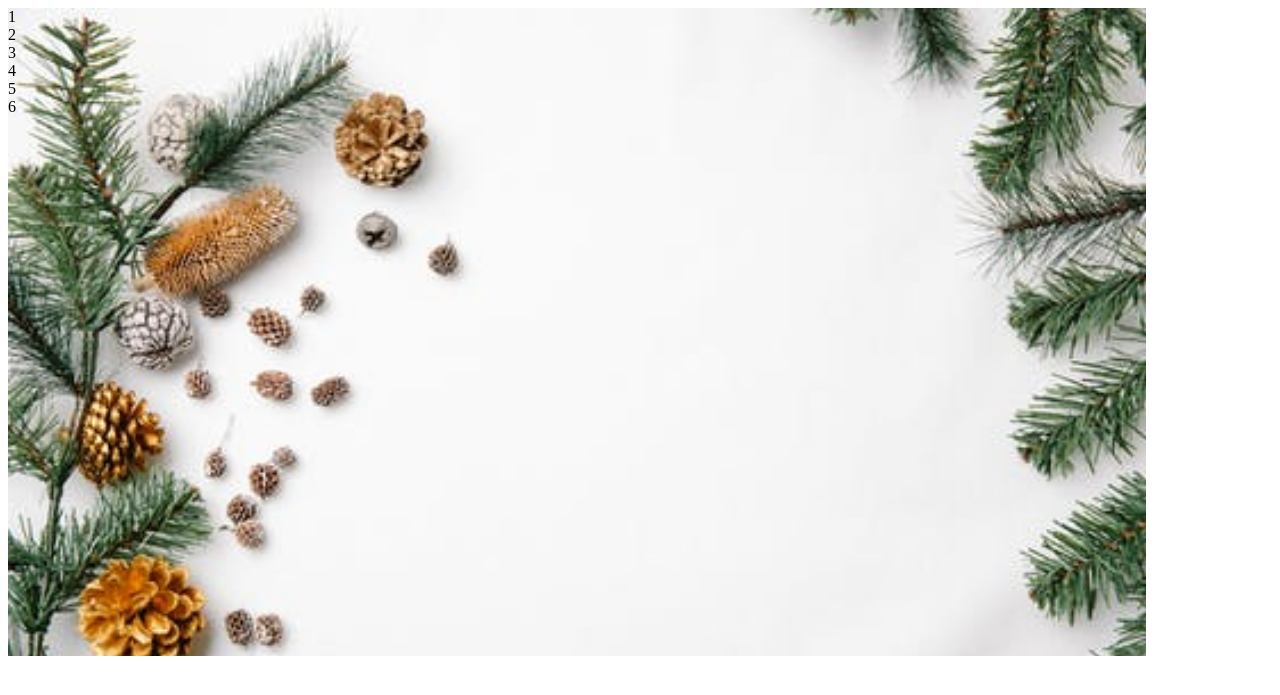
Repository: hindrik40/julprogram-js
Page: advent.html
The author's editor kept a copy of each file at every save. The page is drawn from the files as they stood at one save, then again after the next save.
The browser window is 1280 px wide. The pictures show the whole page.

Above is the page before, as saved 2021-12-14 09:51:10.

After the next save:
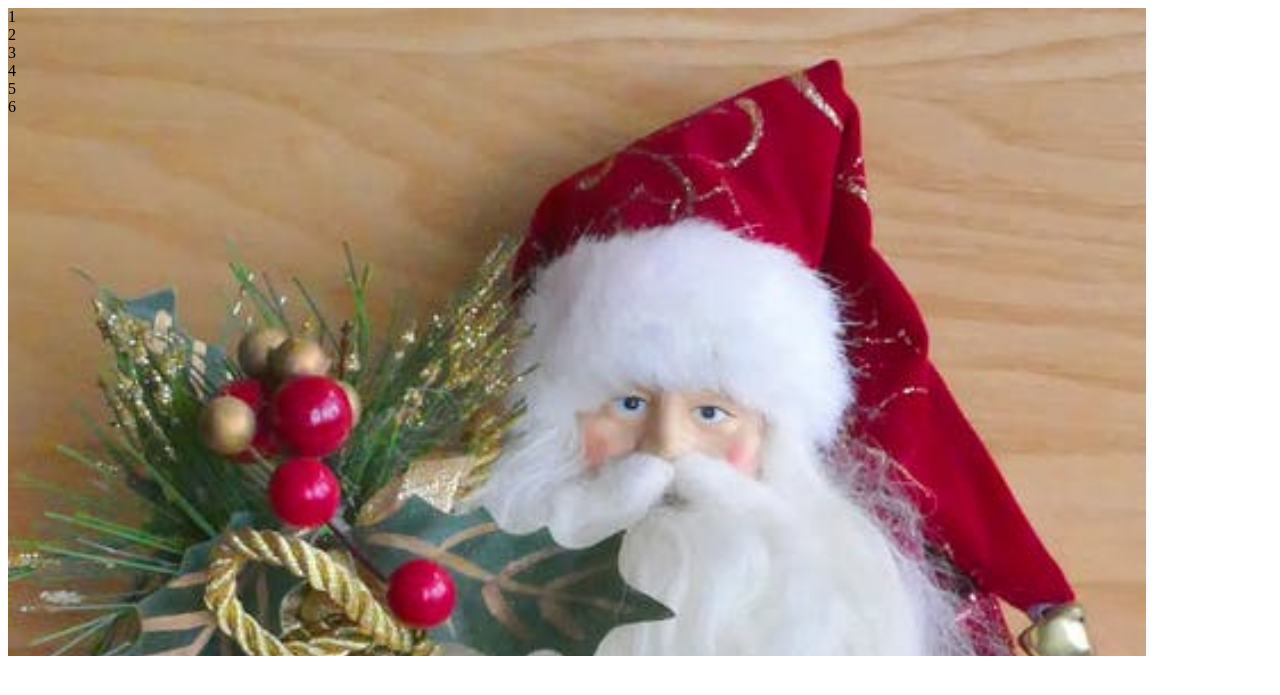
Saved 4 min 55 s later.
--- a/advent.css
+++ b/advent.css
@@ -1,6 +1,6 @@
 main#adventCalender{
     width: 90%;
     height: 90vh;
-    background-image: url(images/jul1.jpeg);
+    background-image: url(images/jul6.jpeg);
     background-size: cover;
 }
